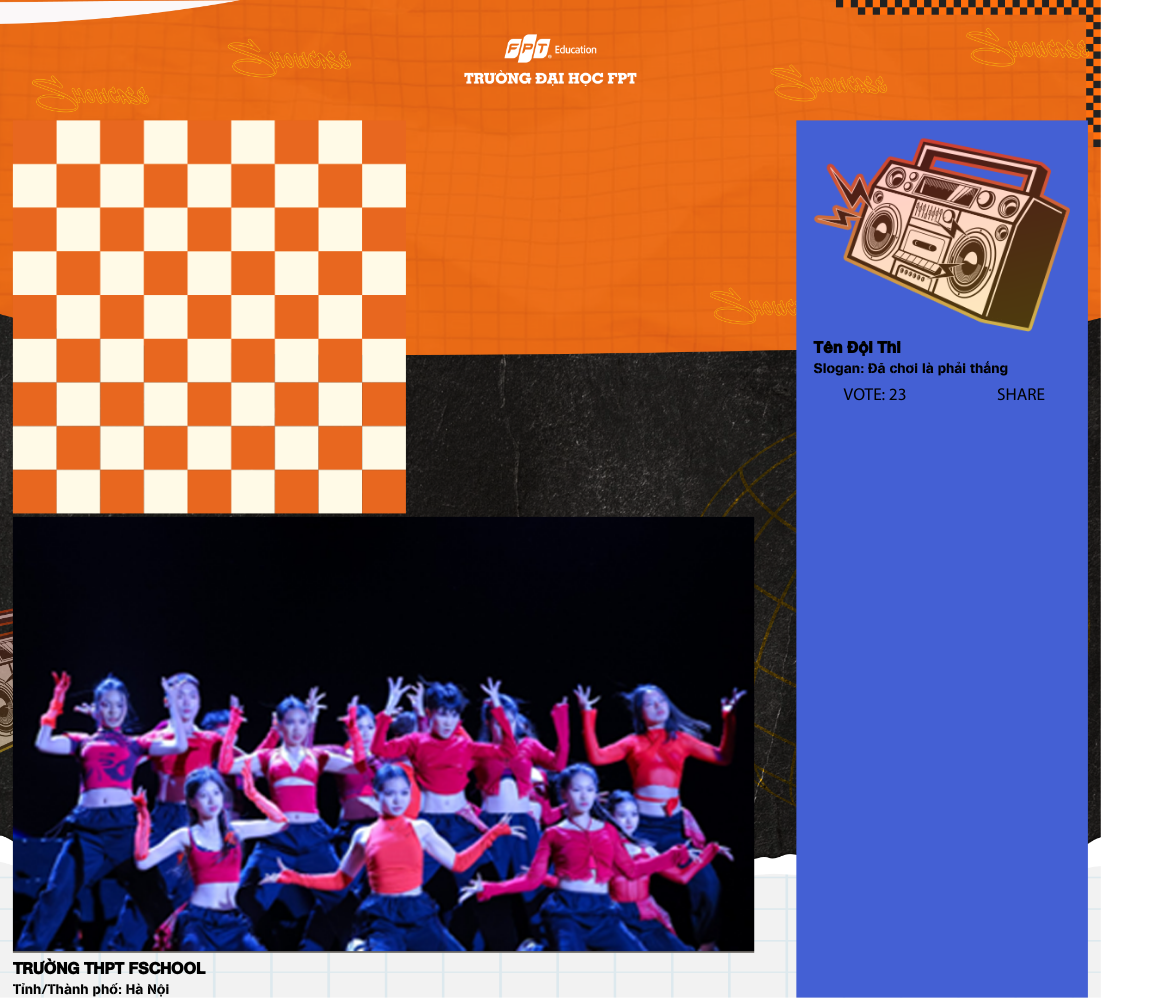
Repository: dinhtri123/hola_fpt
Page: detail.html
An editor plug-in stored every save of this project. The page is shown before and after the next save, followed by the edit.
The browser window is 1280 px wide. The page is 1280 px wide, then 1365 px, so the pictures cover 1365 px, including what lies to the right of the window. The pictures show the whole page, at 86% of full size.

Above is the page before, as saved 2025-01-04 22:43:34.

### detail.html
<!DOCTYPE html>
<html lang="en">

<head>
  <meta charset="UTF-8">
  <meta name="viewport" content="width=device-width, initial-scale=1.0">
  <title>Detail</title>
  <link rel="stylesheet" href="styles.css">
</head>

<body>
  <section class="detail">
    <img src="./images/detail-bg.png" class="detail-bg" alt="">
    <div class="container">
      <a href="#" class="detail-logo">
        <img src="./images/logo.png" alt="">
      </a>
      <div class="detail-top">
        <div class="detail-top-left">
          <img src="./images/detail-img1.png" class="detail-top-left-bg" alt="">
          <img src="./images/detail-img.png" class="detail-top-left-img" alt="">
          <span>
            <h3>TRƯỜNG THPT FSCHOOL</h3>
            <P>Tỉnh/Thành phố: Hà Nội</P>
          </span>
        </div>
        <div class="detail-top-right">
          <img src="./images/detail-img2.png" alt="">
          <h3>Tên Đội Thi</h3>
          <p>Slogan: Đã chơi là phải thắng</p>
          <div class="news-item-action">
            <div class="vote">
              <i class="fa-regular fa-heart"></i>
              <span>VOTE: 23</span>
            </div>
            <div class="share">
              <i class="fa-regular fa-paper-plane"></i>
              SHARE
            </div>
          </div>
        </div>
      </div>
    </div>
  </section>
</body>

</html>

### styles.css
@font-face {
  font-family: "Myriad Pro";
  src: url("./fonts/MYRIADPRO-REGULAR.ttf") format("truetype");
}
@font-face {
  font-family: "SFUAGBuchStencilBQMedium";
  src: url("./fonts/SFUAGBuchStencilBQMedium.ttf") format("truetype");
  font-weight: normal;
  font-style: normal;
}
:root {
  --font-primary: "SFUAGBuchStencilBQMedium", sans-serif;
  --font-secondary: "Myriad Pro", sans-serif;
  --cl-white: #fff;
}
* {
  box-sizing: border-box;
  padding: 0;
  margin: 0;
}
body {
  font-family: var(--font-primary);
  font-size: 16px;
  font-weight: 400;
}
.container {
  max-width: 1630px;
  padding-left: 15px;
  padding-right: 15px;
  margin: 0px auto;
}
.sm {
  display: none !important;
}
.md {
  display: flex !important;
}
img {
  max-width: 100%;
  height: auto;
  object-fit: cover;
}
.intro > div {
  position: relative;
}
.intro-top {
  z-index: 1;
}
.intro-bg {
  position: absolute;
  width: 100%;
  height: 100%;
  top: 0;
  left: 0;
  z-index: -1;
  object-position: bottom;
}
.intro-inner {
  padding-top: 50px;
  text-align: center;
  z-index: 1;
}
.intro-logo {
  max-width: 280px;
}
.intro-title {
  margin-top: 30px;
}
.intro-title-small {
  margin-top: -60px;
  z-index: -1;
  position: relative;
}
.intro-btn {
  background: linear-gradient(to right, #e24103, #e66715);
  border-radius: 50px;
  border: 2px solid var(--cl-white);
  font-size: 54px;
  padding: 10px 100px 15px;
  color: var(--cl-white);
  text-transform: uppercase;
  font-family: var(--font-primary);
  line-height: 1;
  width: max-content;
  min-height: 80px;
  transform: translateY(30px);
}
.intro-bottom {
  padding-top: 180px;
  margin-top: -80px;
  text-align: center;
  padding-bottom: 100px;
}
.intro-bottom-desc {
  position: relative;
  padding: 220px 120px;
}
.intro-bottom-desc img {
  position: absolute;
  top: 0;
  left: 0;
  width: 100%;
  height: 100%;
  z-index: -1;
  object-fit: contain;
}
.intro-bottom-desc p {
  padding: 100px 50px;
  background: rgba(0, 0, 0, 0.5);
  color: var(--cl-white);
  font-family: var(--font-secondary);
  font-size: 30px;
  line-height: 1.4;
}
.intro-bottom .intro-btn {
  margin-top: -50px;
  transform: translateY(-40px);
}
/* reward */
.reward {
  position: relative;
}
.reward-bg {
  position: absolute;
  top: 0;
  left: 0;
  width: 100%;
  height: 100%;
}
.reward-inner {
  padding: 100px 0px;
  position: relative;
}
.time {
  position: relative;
  padding: 100px 0px 40px;
}
.time-bg {
  position: absolute;
  top: 0;
  left: 0;
  width: 100%;
  height: 100%;
  z-index: -1;
  object-position: bottom;
}
.time h2 {
  text-align: center;
  margin-top: 80px;
  margin-bottom: 50px;
}
.time-search {
  max-width: 80%;
  width: 100%;
  position: relative;
  min-height: 70px;
  padding: 10px;
  display: flex;
  align-items: center;
  border: 2px solid #f15a24;
  border-radius: 50px;
  margin: 0px auto;
}
.time-search input {
  flex: 1;
  width: 100%;
  height: 100%;
  background: transparent;
  border: none;
  outline: none;
  min-height: inherit;
  padding: 5px 20px;
  font-family: var(--font-secondary);
  font-size: 30px;
  color: var(--cl-white);
}
.time-search input::placeholder {
  color: var(--cl-white);
}
.time-search span {
  display: flex;
  width: max-content;
  height: 100%;
  background: linear-gradient(to right, transparent, #5e321a);
  align-items: center;
  min-height: inherit;
  padding: 5px 30px;
  text-transform: uppercase;
  color: var(--cl-white);
  font-size: 30px;
  border-radius: 50px;
  cursor: pointer;
}
.footer {
  margin-top: 100px;
}
.footer-top {
  display: flex;
  justify-content: space-between;
  align-items: flex-end;
  border-bottom: 1px solid var(--cl-white);
  padding: 10px 0px;
}
.footer-top p {
  font-family: var(--font-secondary);
  font-size: 24px;
  color: var(--cl-white);
}
.footer-social {
  display: flex;
  gap: 10px;
  align-items: center;
}
.footer-social a {
  width: 60px;
  height: 60px;
  border-radius: 8px;
  background-color: #f37021;
  color: var(--cl-white);
  display: flex;
  align-items: center;
  justify-content: center;
  text-decoration: none;
}
.footer-social a i {
  font-size: 24px;
}
.footer-main {
  margin-top: 50px;
  text-align: center;
  color: var(--cl-white);
  font-family: var(--font-secondary);
}
.footer-logo {
  margin-bottom: 20px;
  display: block;
}
.footer address {
  font-size: 28px;
  margin-bottom: 5px;
}
.footer-main a {
  display: block;
  text-align: center;
  color: var(--cl-white);
  text-decoration: none;
  font-size: 24px;
  margin: 0px auto 5px;
  width: fit-content;
}
.news-list {
  display: grid;
  grid-template-columns: repeat(3, 1fr);
  justify-content: space-between;
  margin-top: 100px;
  gap: 50px;
  padding-bottom: 50px;
}
.news-item {
  max-width: 460px;
}
.news-item-top {
  position: relative;
  padding: 52px;
}
.news-item-bg {
  position: absolute;
  z-index: -1;
  top: 0;
  left: 0;
  width: 100%;
}
.news-top-content {
  background-color: #4460d4;
  color: var(--cl-white);
  padding: 18px;
  width: 86%;
  transform: translateY(-4px);
}
.news-top-content h3 {
  font-size: 32px;
  text-transform: uppercase;
  font-weight: 500;
}
.news-top-content p {
  font-size: 16px;
  font-weight: 500;
}
.news-item-bottom {
  background: #000;
  margin-top: -5px;
  color: var(--cl-white);
  border-bottom-left-radius: 12px;
  border-bottom-right-radius: 10px;
}
.news-item-desc {
  position: relative;
  transform: translateY(-25px);
}
.news-item-desc::before {
  content: "";
  position: absolute;
  top: 0;
  left: 0;
  background-image: url("./images/news-img2.png");
  background-repeat: no-repeat;
  width: 100%;
  height: 100%;
  background-size: 100% 100%;
  transform: scaleX(1.03) scaleY(1.5);
}
.news-item-desc p {
  max-width: 80%;
  margin: 0px auto;
  z-index: 1;
  font-size: 12px;
  position: relative;
  padding: 5px 0px;
  transform: rotate(-4deg);
  font-weight: 600;
  font-family: var(--font-secondary);
  color: #3b382b;
}
.news-item-desc p b {
  font-family: var(--font-primary);
  text-transform: uppercase;
}
.news-item-action {
  display: flex;
  justify-content: space-between;
  align-items: center;
  max-width: 80%;
  margin: 0px auto;
  padding: 10px 0px;
  font-size: 20px;
  font-family: var(--font-secondary);
}
.news-item-action > div {
  display: flex;
  gap: 5px;
  align-items: center;
  cursor: pointer;
}
.news-item-action > div i {
  font-size: 22px;
}

/* detail */
.detail {
  position: relative;
}
.detail-bg {
  position: absolute;
  top: 0;
  left: 0;
  width: 100%;
  height: 100%;
  z-index: -1;
  object-position: top;
}
.detail-logo {
  max-width: 200px;
  margin: 0px auto 40px;
  display: flex;
  padding-top: 40px;
}
.detail-top {
  display: flex;
  gap: 20px;
}
.detail-top-left {
  flex: 1;
}
.detail-top-right {
  max-width: 600px;
  background-color: #4460d4;
  padding: 20px;
  position: relative;
}

@media screen and (max-width: 1280px) {
  .news-list {
    grid-template-columns: repeat(2, 1fr);
  }
}
@media screen and (max-width: 1024px) {
  .intro-bottom-desc {
    padding: 100px 20px;
  }
  .intro-bottom-desc p {
    padding: 50px;
  }
  .news-top-content h3 {
    font-size: 20px;
  }
  .news-item-top {
    padding: 40px;
  }
  .news-list {
    gap: 40px;
  }
  .footer {
    margin: 0;
  }
}
@media screen and (max-width: 767px) {
  .sm {
    display: flex !important;
  }
  .md {
    display: none !important;
  }
  .intro-btn {
    padding: 10px 20px;
    min-height: auto;
    font-size: 16px;
  }
  .intro-bottom-desc p {
    padding: 20px;
    font-size: 16px;
  }
  .intro-logo {
    max-width: 120px;
    margin: 0px auto;
    display: flex;
  }
  .intro-inner .intro-bg {
    object-position: top;
    object-fit: fill;
  }
  .intro-inner {
    padding-top: 40px;
  }
  .intro-title-small {
    display: none;
  }
  .intro-inner .intro-btn {
    transform: translateY(20px);
  }
  .intro-title {
    max-width: 90%;
    margin: 30px auto 0px;
  }
  .intro-bottom {
    padding-top: 130px;
  }
  .intro-bottom > div > img:nth-child(3) {
    max-width: 80%;
  }
  .intro-bottom-desc {
    padding: 0px;
  }
  /* .intro-bottom-desc img {
    transform: scale(1.1);
  } */
  .intro-bottom .intro-btn {
    margin-top: 10px;
    transform: translateY(0px);
  }
  .time {
    padding: 40px 0px;
  }
  .time h2 {
    margin: 40px 0px 20px;
  }
  .time-search {
    max-width: 100%;
    min-height: 40px;
    padding: 5px;
  }
  .time-search input {
    font-size: 16px;
  }
  .time-search span {
    font-size: 14px;
    padding: 5px 10px;
    gap: 5px;
  }
  .time-search input {
    font-size: 16px;
    padding: 0px 10px;
  }
  .news-list {
    gap: 15px;
  }
  .news-item-top {
    padding: 5px;
  }
  .news-top-content {
    padding: 10px;
  }
  .news-top-content h3 {
    font-size: 12px;
  }
  .news-top-content p {
    font-size: 8px;
    font-weight: 500;
  }
  .news-item-desc p {
    font-size: 8px;
    max-width: 90%;
    transform: rotate(-8deg);
  }
  .news-item-desc::before {
    transform: scaleX(1.03) scaleY(1.4);
  }
  .news-item-action,
  .news-item-action > div i {
    font-size: 10px;
  }
  .news-item-bg {
    height: 100%;
  }
  .news-item-desc {
    transform: translateY(-6px) rotate(2deg);
  }
  .news-list {
    position: relative;
    padding-bottom: 80px;
    margin-top: 40px;
  }
  .news-list::before {
    content: "";
    position: absolute;
    top: 100px;
    left: -15px;
    background-image: url(./images/news-list-bg.png);
    background-repeat: no-repeat;
    background-size: cover;
    width: calc(100% + 30px);
    height: 95%;
    z-index: -1;
  }
  .footer {
    margin-top: 40px;
  }
  .footer-top p {
    font-size: 12px;
    max-width: 50%;
  }
  .footer-social a {
    width: 30px;
    height: 30px;
    border-radius: 4px;
  }
  .footer-social a i {
    font-size: 14px;
  }
  .footer-logo {
    max-width: 120px;
  }
  .footer-main h3 {
    max-width: 80%;
    margin: 0px auto;
  }
  .footer address {
    font-size: 14px;
  }
  .footer-main a {
    font-size: 14px;
  }
  .footer-main {
    margin-top: 20px;
  }
}

After the next save:
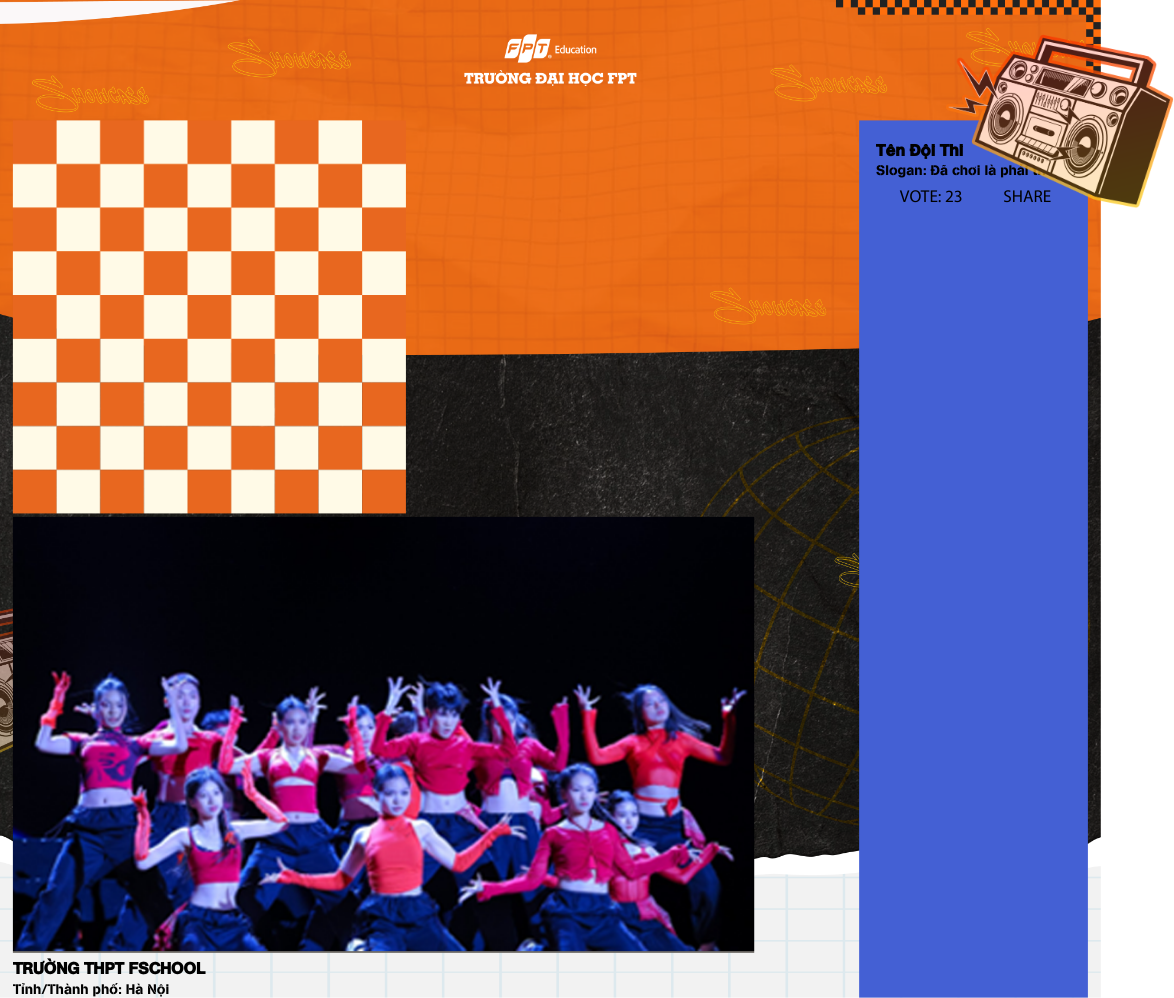
Saved 15 s later.
--- a/styles.css
+++ b/styles.css
@@ -376,6 +376,11 @@
   background-color: #4460d4;
   padding: 20px;
   position: relative;
+}
+.detail-top-right > img {
+  position: absolute;
+  top: -100px;
+  right: -100px;
 }
 
 @media screen and (max-width: 1280px) {
